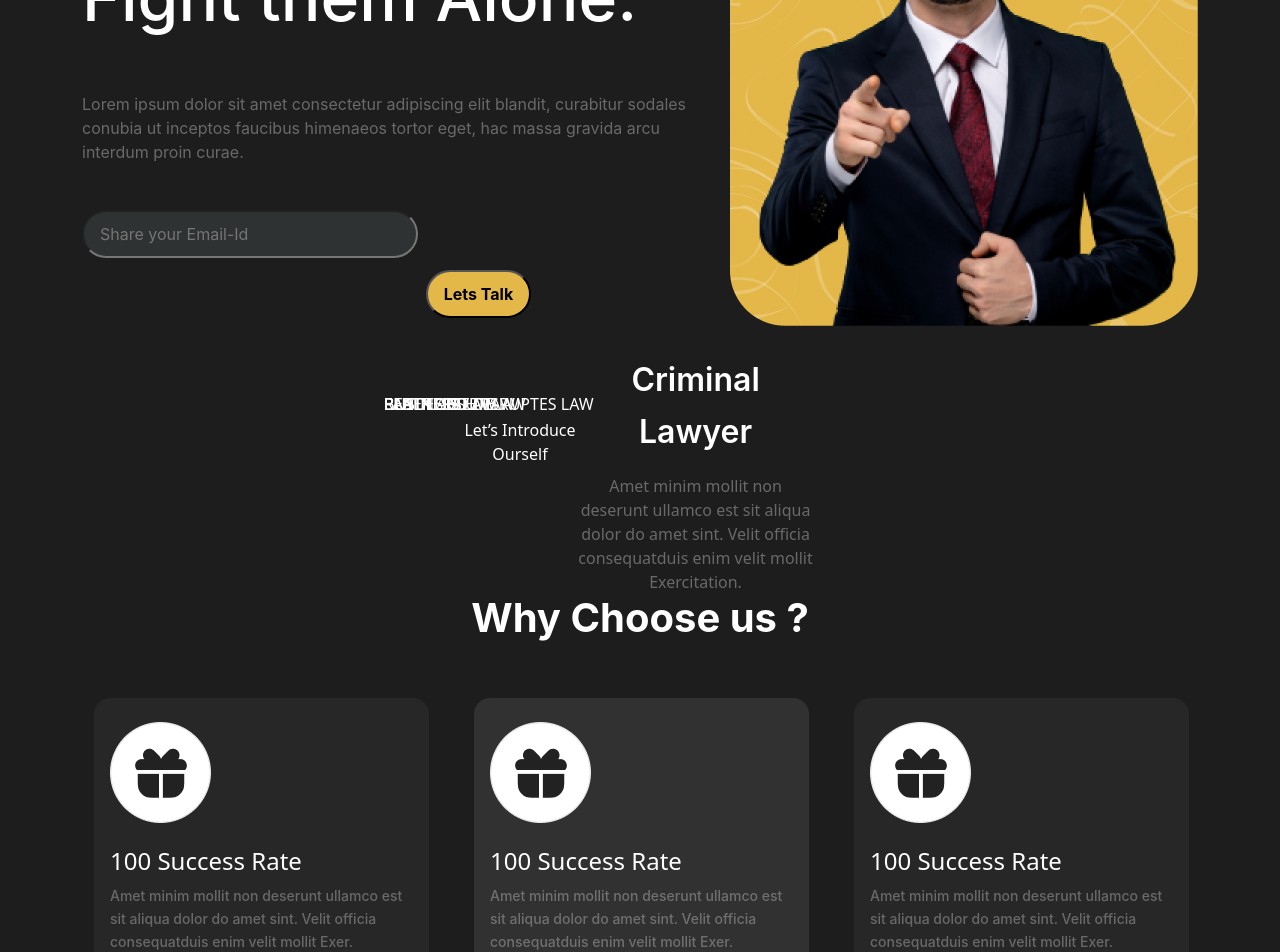
Repository: Senthil-Bala/LawFirm
Page: /
The author's editor kept a copy of each file at every save. The page is drawn from the files as they stood at one save, then again after a run of saves.
The browser window is 1280 px wide. The pictures show the part of the page from y = 288 to 1240 px (the page is 4053 px tall).
The project was rebuilt for these pictures with package versions that can differ from the ones it lists, and the page was loaded fresh each time. Also part of the build but not shown: src/App.css, src/Components/Frequents/Accordionss.css, src/Components/Frequents/Accordionss.jsx.

Above is the page before, as saved 2023-11-29 19:02:05.

After the next 2 saves:
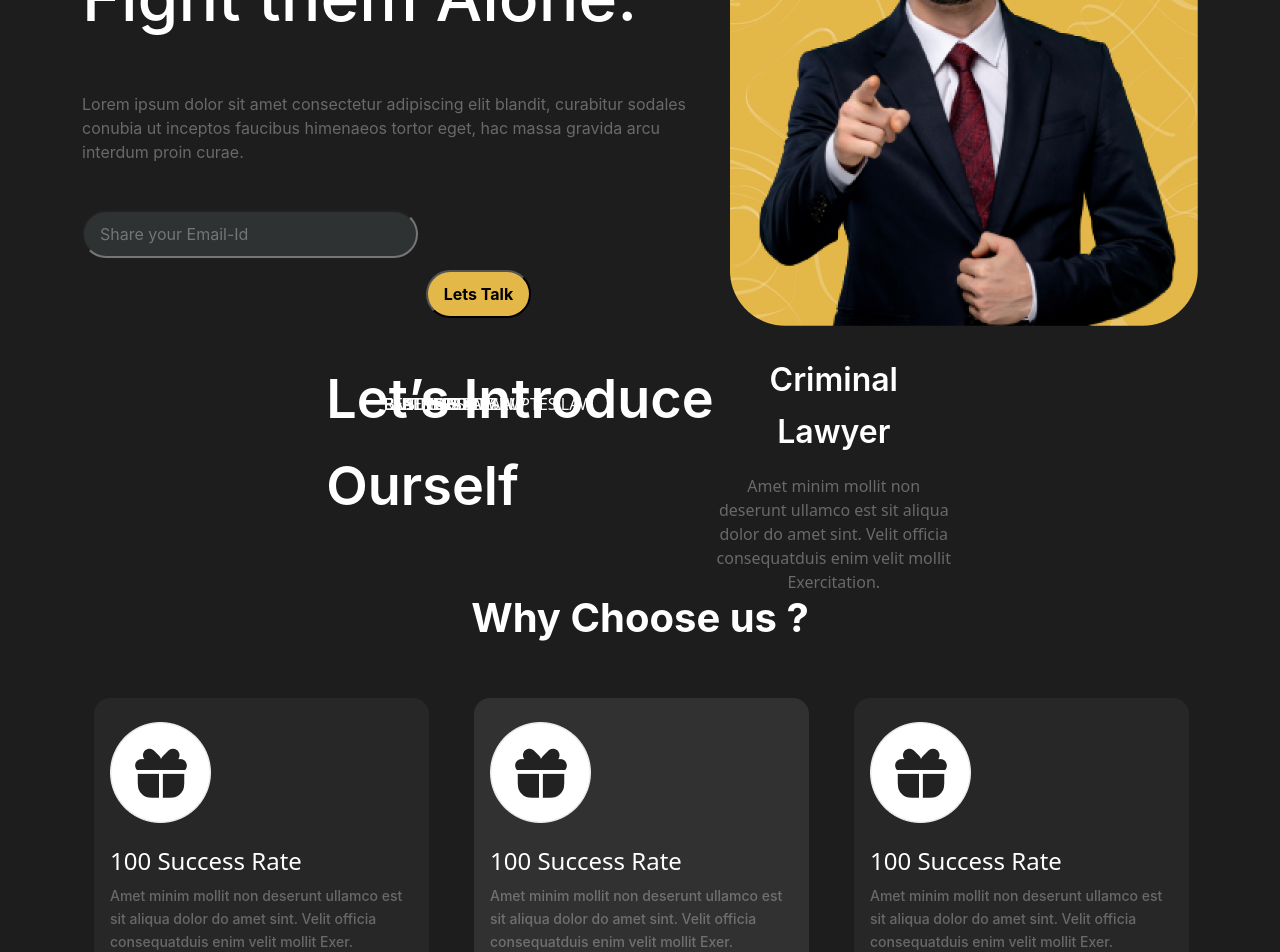
The 2 saves are shown as one change because they came seconds apart.
The last was saved 6 s later.
--- a/src/Components/Mainss/Main.css
+++ b/src/Components/Mainss/Main.css
@@ -5,7 +5,7 @@
     margin-top: 6rem;
 }
 
-.left {
+.leftOne {
     font-family: Inter;
     font-size: 54px;
     font-weight: 600;

After the save that followed:
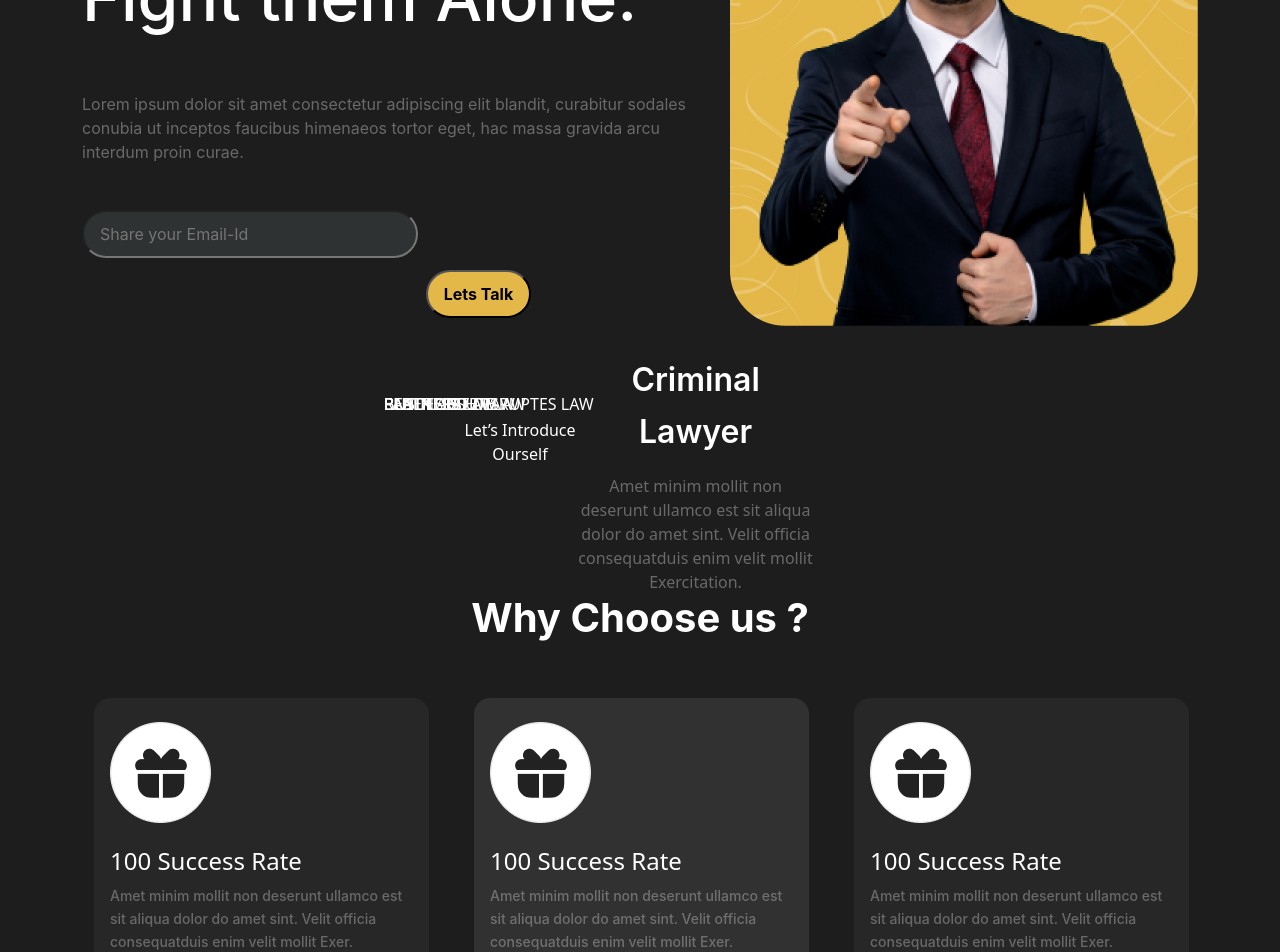
Saved 7 s later.
--- a/src/Components/Mainss/Main.css
+++ b/src/Components/Mainss/Main.css
@@ -5,7 +5,7 @@
     margin-top: 6rem;
 }
 
-.leftOne {
+.left {
     font-family: Inter;
     font-size: 54px;
     font-weight: 600;
